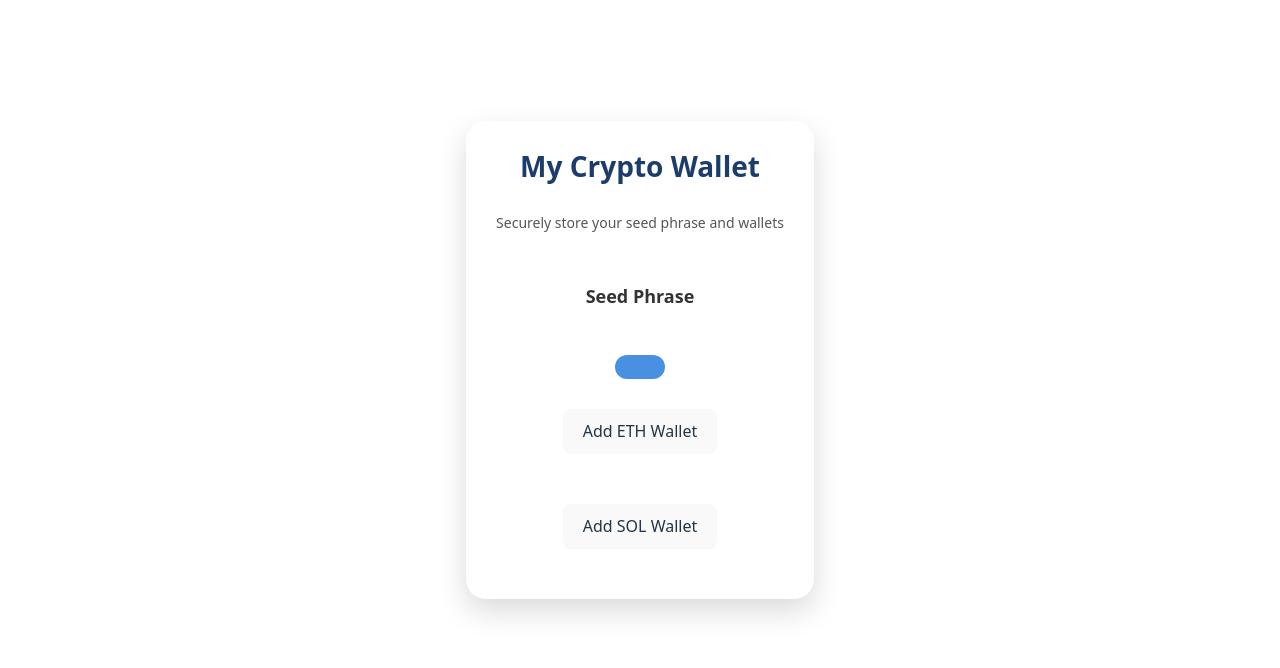
Repository: nishantsingh02/web-based-wallet-web-3
Page: /
An editor plug-in stored every save of this project. The page is shown before and after the next save, followed by the edit.
The browser window is 1280 px wide. The pictures show the whole page.
The project was rebuilt for these pictures with package versions that can differ from the ones it lists, and the page was loaded fresh each time. Also part of the build but not shown: vite.config.ts.

Above is the page before, as saved 2025-10-07 01:53:36.

After the next save:
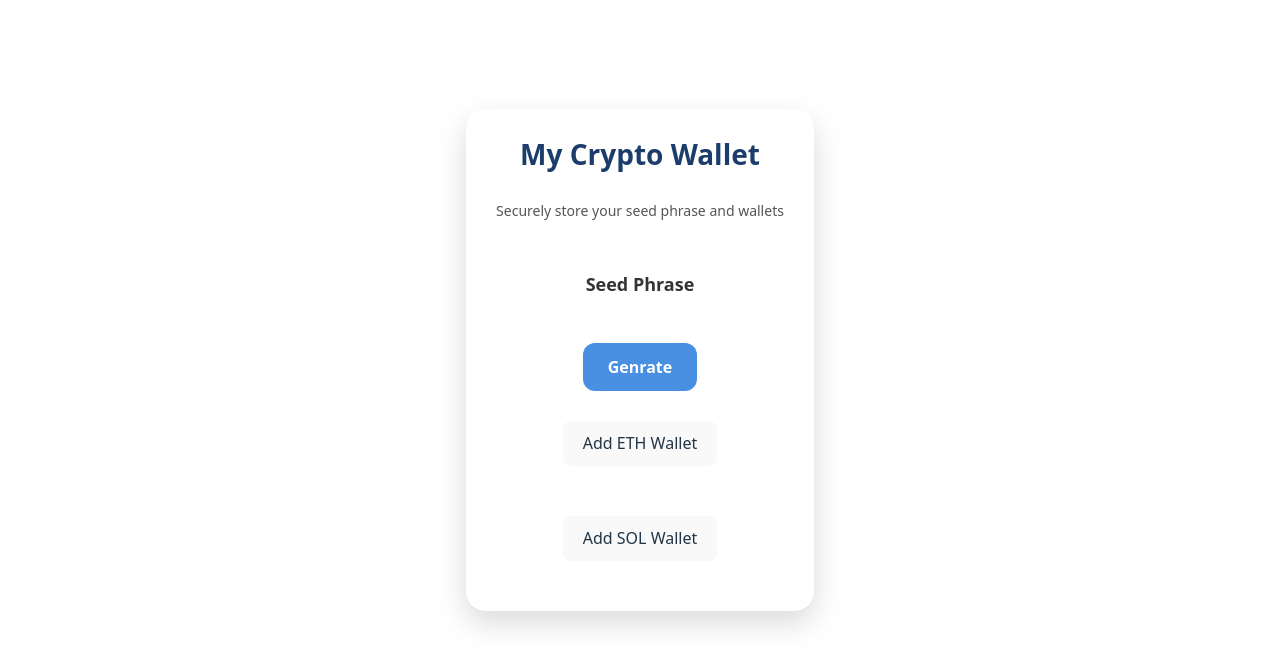
Saved 4 s later.
--- a/src/App.tsx
+++ b/src/App.tsx
@@ -47,7 +47,7 @@ function App() {
             onClick={handleGenrate}
             disabled={!!mnemonic}
           >
-            {mnemonic? "Seed Phrase Generated" : ""}
+            {mnemonic? "Seed Phrase Generated" : "Genrate"}
           </button>
         </div>
 
